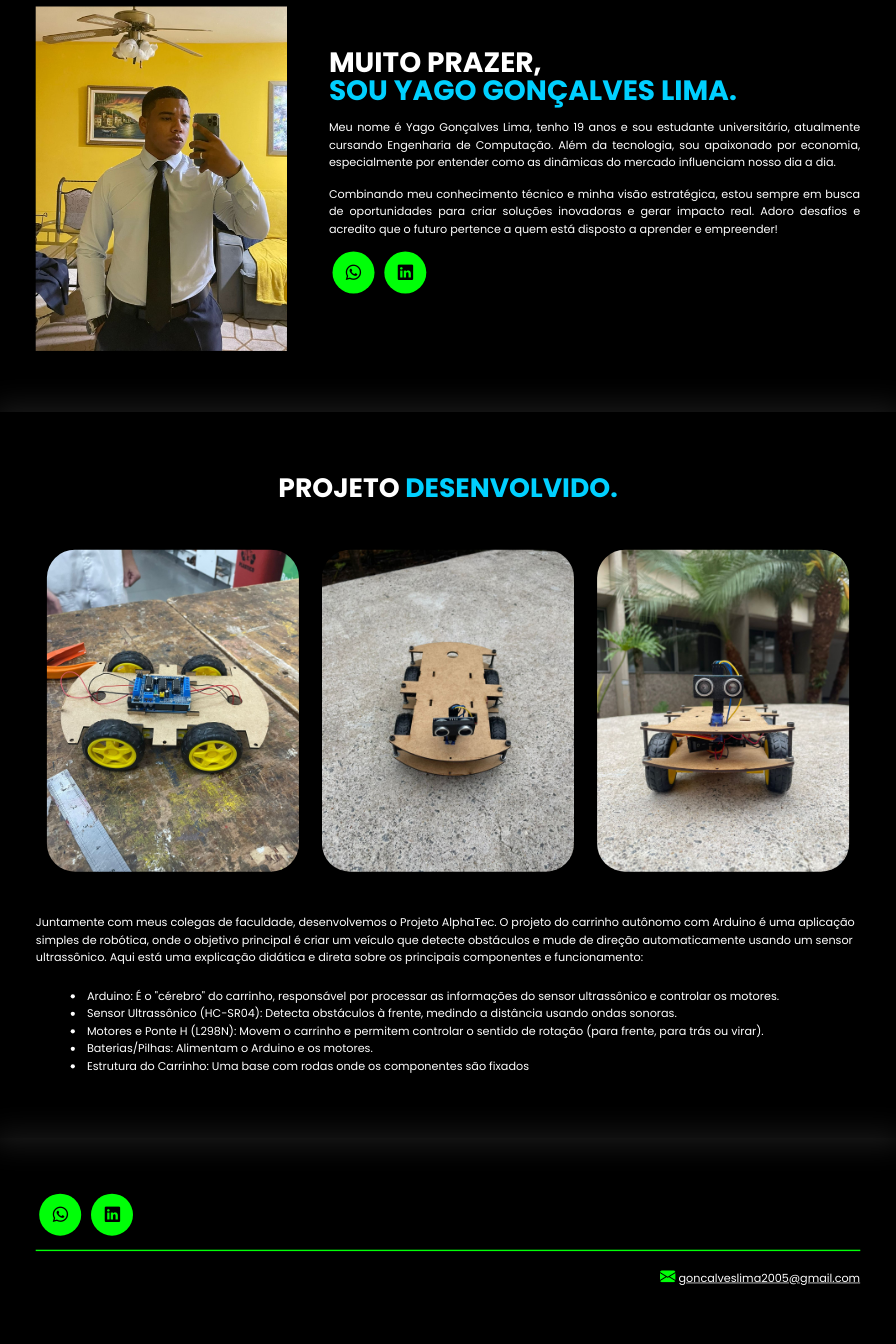
Repository: yagolima1511/Portfolio
Page: index.html
The author's editor kept a copy of each file at every save. The page is drawn from the files as they stood at one save, then again after the next save.
The browser window is 1280 px wide. The pictures show the part of the page from y = 1556 to 3476 px (the page is 3476 px tall), at 70% of full size.

Above is the page before, as saved 2025-02-13 22:19:16.

After the next save:
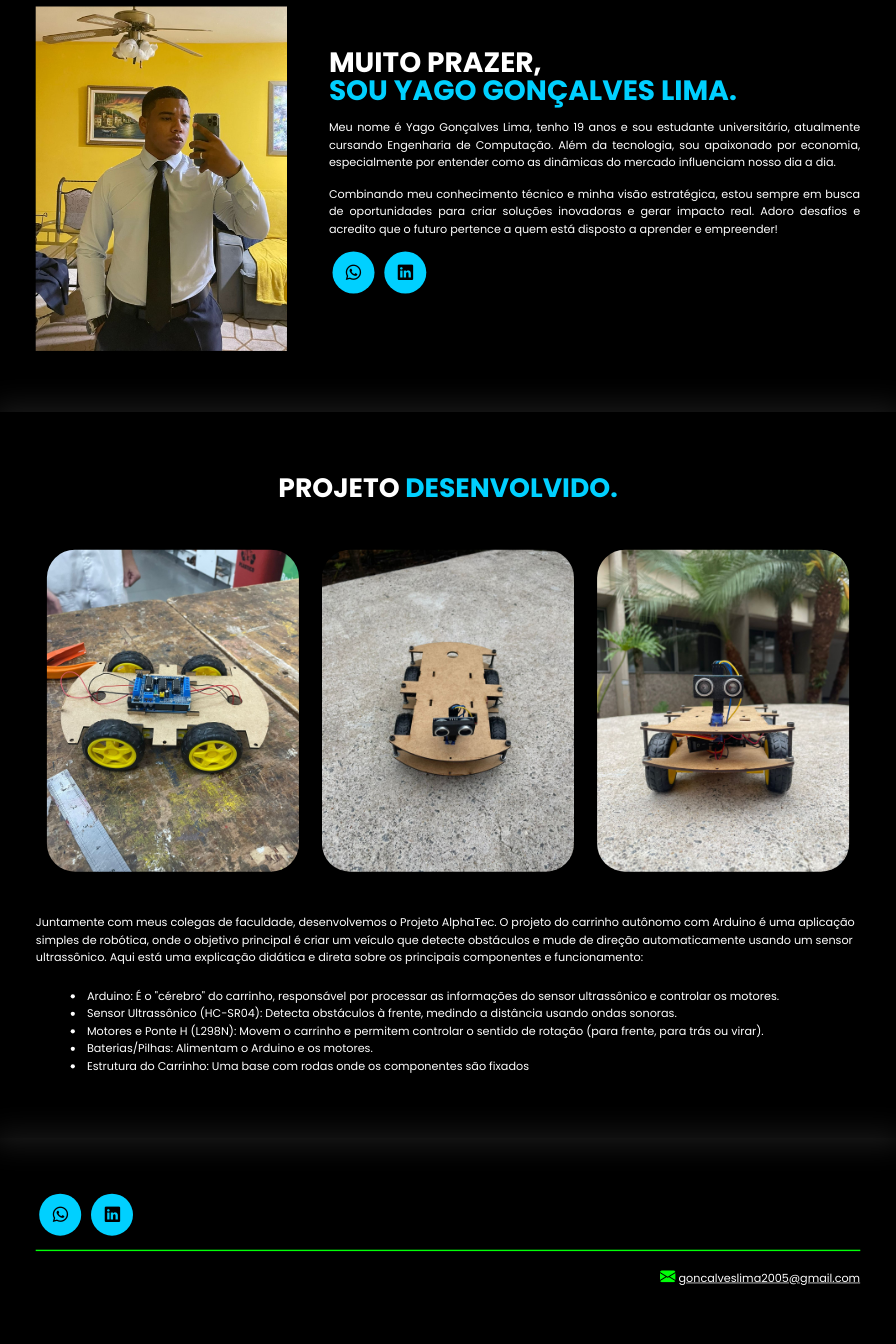
Saved 10 s later.
--- a/style.css
+++ b/style.css
@@ -191,7 +191,7 @@ section.sobre .flex{
      height: 60px;
      border-radius: 50%;
      border: none;
-     background-color: #00ff08;
+     background-color: #00d0ff;
      font-size: 22px;
      cursor: pointer;
      margin: 0 5px;
